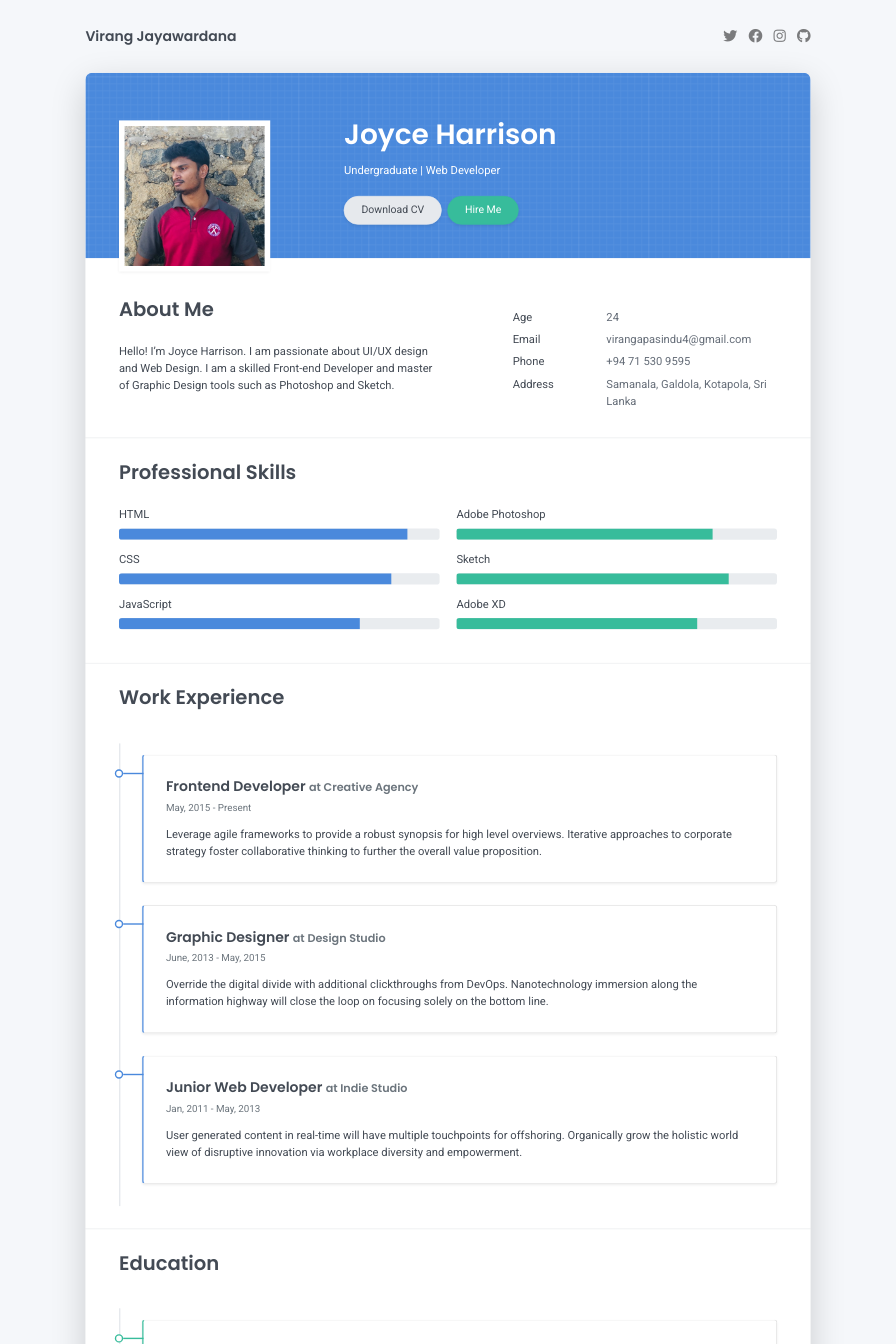
Repository: virangaj/resume
Page: index.html
These files come from the project's save history. The page is drawn as it stood at one moment and after the next save; the edit follows.
The browser window is 1280 px wide. The pictures show the part of the page from y = 0 to 1920 px (the page is 3324 px tall before and 3334 px after), at 70% of full size.

Above is the page before, as saved 2021-08-31 19:19:27.

### index.html
<!DOCTYPE html>
<html lang="en-US">
	<head>
		<meta charset="UTF-8" />
		<meta http-equiv="X-UA-Compatible" content="IE=edge" />
		<meta name="viewport" content="width=device-width, initial-scale=1" />
		<title>Virang Jayawardana</title>
		<link
			rel="preconnect"
			href="https://fonts.gstatic.com"
			crossorigin="crossorigin"
		/>
		<link
			rel="preload"
			as="style"
			href="https://fonts.googleapis.com/css2?family=Poppins:wght@600&amp;family=Roboto:wght@300;400;500;700&amp;display=swap"
		/>
		<link
			rel="stylesheet"
			href="https://fonts.googleapis.com/css2?family=Poppins:wght@600&amp;family=Roboto:wght@300;400;500;700&amp;display=swap"
			media="print"
			onload="this.media='all'"
		/>
		<noscript>
			<link
				rel="stylesheet"
				href="https://fonts.googleapis.com/css2?family=Poppins:wght@600&amp;family=Roboto:wght@300;400;500;700&amp;display=swap"
			/>
		</noscript>
		<link href="css/font-awesome/css/all.min.css?ver=1.2.0" rel="stylesheet" />
		<link href="css/bootstrap.min.css?ver=1.2.0" rel="stylesheet" />
		<link href="css/aos.css?ver=1.2.0" rel="stylesheet" />
		<link href="css/main.css?ver=1.2.0" rel="stylesheet" />
		<noscript>
			<style type="text/css">
				[data-aos] {
					opacity: 1 !important;
					transform: translate(0) scale(1) !important;
				}
			</style>
		</noscript>
	</head>
	<body id="top">
		<header class="d-print-none">
			<div class="container text-center text-lg-left">
				<div class="py-3 clearfix">
					<h1 class="site-title mb-0">Virang Jayawardana</h1>
					<div class="site-nav">
						<nav role="navigation">
							<ul class="nav justify-content-center">
								<li class="nav-item">
									<a
										class="nav-link"
										href="https://twitter.com/VirangaPasi"
										title="Twitter"
										><i class="fab fa-twitter"></i
										><span class="menu-title sr-only">Twitter</span></a
									>
								</li>
								<li class="nav-item">
									<a
										class="nav-link"
										href="https://www.facebook.com/virangapasindu.jayawardana/"
										title="Facebook"
										><i class="fab fa-facebook"></i
										><span class="menu-title sr-only">Facebook</span></a
									>
								</li>
								<li class="nav-item">
									<a
										class="nav-link"
										href="https://www.instagram.com/pasiya_k9/"
										title="Instagram"
										><i class="fab fa-instagram"></i
										><span class="menu-title sr-only">Instagram</span></a
									>
								</li>
								<li class="nav-item">
									<a
										class="nav-link"
										href="https://github.com/Viranga-pasi"
										title="Github"
										><i class="fab fa-github"></i
										><span class="menu-title sr-only">Github</span></a
									>
								</li>
							</ul>
						</nav>
					</div>
				</div>
			</div>
		</header>
		<div class="page-content">
			<div class="container">
				<div class="cover shadow-lg bg-white">
					<div class="cover-bg p-3 p-lg-4 text-white">
						<div class="row">
							<div class="col-lg-4 col-md-5">
								<div class="avatar hover-effect bg-white shadow-sm p-1">
									<img src="images/avatar.jpg" width="200" height="200" />
								</div>
							</div>
							<div class="col-lg-8 col-md-7 text-center text-md-start">
								<h2 class="h1 mt-2" data-aos="fade-left" data-aos-delay="0">
									Joyce Harrison
								</h2>
								<p data-aos="fade-left" data-aos-delay="100">
									Undergraduate | Web Developer
								</p>
								<div
									class="d-print-none"
									data-aos="fade-left"
									data-aos-delay="200"
								>
									<a
										class="btn btn-light text-dark shadow-sm mt-1 me-1"
										href="right-resume.pdf"
										target="_blank"
										>Download CV</a
									><a class="btn btn-success shadow-sm mt-1" href="#contact"
										>Hire Me</a
									>
								</div>
							</div>
						</div>
					</div>
					<div class="about-section pt-4 px-3 px-lg-4 mt-1">
						<div class="row">
							<div class="col-md-6">
								<h2 class="h3 mb-3">About Me</h2>
								<p>
									Hello! I’m Joyce Harrison. I am passionate about UI/UX design
									and Web Design. I am a skilled Front-end Developer and master
									of Graphic Design tools such as Photoshop and Sketch.
								</p>
							</div>
							<div class="col-md-5 offset-md-1">
								<div class="row mt-2">
									<div class="col-sm-4">
										<div class="pb-1">Age</div>
									</div>
									<div class="col-sm-8">
										<div class="pb-1 text-secondary">24</div>
									</div>
									<div class="col-sm-4">
										<div class="pb-1">Email</div>
									</div>
									<div class="col-sm-8">
										<div class="pb-1 text-secondary">
											virangapasindu4@gmail.com
										</div>
									</div>
									<div class="col-sm-4">
										<div class="pb-1">Phone</div>
									</div>
									<div class="col-sm-8">
										<div class="pb-1 text-secondary">+94 71 530 9595</div>
									</div>
									<div class="col-sm-4">
										<div class="pb-1">Address</div>
									</div>
									<div class="col-sm-8">
										<div class="pb-1 text-secondary">
											Samanala, Galdola, Kotapola, Sri Lanka
										</div>
									</div>
								</div>
							</div>
						</div>
					</div>
					<hr class="d-print-none" />
					<div class="skills-section px-3 px-lg-4">
						<h2 class="h3 mb-3">Professional Skills</h2>
						<div class="row">
							<div class="col-md-6">
								<div class="mb-2">
									<span>HTML</span>
									<div class="progress my-1">
										<div
											class="progress-bar bg-primary"
											role="progressbar"
											data-aos="zoom-in-right"
											data-aos-delay="100"
											data-aos-anchor=".skills-section"
											style="width: 90%"
											aria-valuenow="90"
											aria-valuemin="0"
											aria-valuemax="100"
										></div>
									</div>
								</div>
								<div class="mb-2">
									<span>CSS</span>
									<div class="progress my-1">
										<div
											class="progress-bar bg-primary"
											role="progressbar"
											data-aos="zoom-in-right"
											data-aos-delay="200"
											data-aos-anchor=".skills-section"
											style="width: 85%"
											aria-valuenow="85"
											aria-valuemin="0"
											aria-valuemax="100"
										></div>
									</div>
								</div>
								<div class="mb-2">
									<span>JavaScript</span>
									<div class="progress my-1">
										<div
											class="progress-bar bg-primary"
											role="progressbar"
											data-aos="zoom-in-right"
											data-aos-delay="300"
											data-aos-anchor=".skills-section"
											style="width: 75%"
											aria-valuenow="75"
											aria-valuemin="0"
											aria-valuemax="100"
										></div>
									</div>
								</div>
							</div>
							<div class="col-md-6">
								<div class="mb-2">
									<span>Adobe Photoshop</span>
									<div class="progress my-1">
										<div
											class="progress-bar bg-success"
											role="progressbar"
											data-aos="zoom-in-right"
											data-aos-delay="400"
											data-aos-anchor=".skills-section"
											style="width: 80%"
											aria-valuenow="90"
											aria-valuemin="0"
											aria-valuemax="100"
										></div>
									</div>
								</div>
								<div class="mb-2">
									<span>Sketch</span>
									<div class="progress my-1">
										<div
											class="progress-bar bg-success"
											role="progressbar"
											data-aos="zoom-in-right"
											data-aos-delay="500"
											data-aos-anchor=".skills-section"
											style="width: 85%"
											aria-valuenow="85"
											aria-valuemin="0"
											aria-valuemax="100"
										></div>
									</div>
								</div>
								<div class="mb-2">
									<span>Adobe XD</span>
									<div class="progress my-1">
										<div
											class="progress-bar bg-success"
											role="progressbar"
											data-aos="zoom-in-right"
											data-aos-delay="600"
											data-aos-anchor=".skills-section"
											style="width: 75%"
											aria-valuenow="75"
											aria-valuemin="0"
											aria-valuemax="100"
										></div>
									</div>
								</div>
							</div>
						</div>
					</div>
					<hr class="d-print-none" />
					<div class="work-experience-section px-3 px-lg-4">
						<h2 class="h3 mb-4">Work Experience</h2>
						<div class="timeline">
							<div class="timeline-card timeline-card-primary card shadow-sm">
								<div class="card-body">
									<div class="h5 mb-1">
										Frontend Developer
										<span class="text-muted h6">at Creative Agency</span>
									</div>
									<div class="text-muted text-small mb-2">
										May, 2015 - Present
									</div>
									<div>
										Leverage agile frameworks to provide a robust synopsis for
										high level overviews. Iterative approaches to corporate
										strategy foster collaborative thinking to further the
										overall value proposition.
									</div>
								</div>
							</div>
							<div class="timeline-card timeline-card-primary card shadow-sm">
								<div class="card-body">
									<div class="h5 mb-1">
										Graphic Designer
										<span class="text-muted h6">at Design Studio</span>
									</div>
									<div class="text-muted text-small mb-2">
										June, 2013 - May, 2015
									</div>
									<div>
										Override the digital divide with additional clickthroughs
										from DevOps. Nanotechnology immersion along the information
										highway will close the loop on focusing solely on the bottom
										line.
									</div>
								</div>
							</div>
							<div class="timeline-card timeline-card-primary card shadow-sm">
								<div class="card-body">
									<div class="h5 mb-1">
										Junior Web Developer
										<span class="text-muted h6">at Indie Studio</span>
									</div>
									<div class="text-muted text-small mb-2">
										Jan, 2011 - May, 2013
									</div>
									<div>
										User generated content in real-time will have multiple
										touchpoints for offshoring. Organically grow the holistic
										world view of disruptive innovation via workplace diversity
										and empowerment.
									</div>
								</div>
							</div>
						</div>
					</div>
					<hr class="d-print-none" />
					<div class="page-break"></div>
					<div class="education-section px-3 px-lg-4 pb-4">
						<h2 class="h3 mb-4">Education</h2>
						<div class="timeline">
							<div class="timeline-card timeline-card-success card shadow-sm">
								<div class="card-body">
									<div class="h5 mb-1">
										Masters in Information Technology
										<span class="text-muted h6"
											>from International University</span
										>
									</div>
									<div class="text-muted text-small mb-2">2011 - 2013</div>
									<div>
										Leverage agile frameworks to provide a robust synopsis for
										high level overviews. Iterative approaches to corporate
										strategy foster collaborative thinking to further the
										overall value proposition.
									</div>
								</div>
							</div>
							<div class="timeline-card timeline-card-success card shadow-sm">
								<div class="card-body">
									<div class="h5 mb-1">
										Bachelor of Computer Science
										<span class="text-muted h6">from Regional College</span>
									</div>
									<div class="text-muted text-small mb-2">2007 - 2011</div>
									<div>
										Override the digital divide with additional clickthroughs
										from DevOps. Nanotechnology immersion along the information
										highway will close the loop on focusing solely on the bottom
										line.
									</div>
								</div>
							</div>
							<div class="timeline-card timeline-card-success card shadow-sm">
								<div class="card-body">
									<div class="h5 mb-1">
										Science and Mathematics
										<span class="text-muted h6">from Mt. High Scool</span>
									</div>
									<div class="text-muted text-small mb-2">1995 - 2007</div>
									<div>
										User generated content in real-time will have multiple
										touchpoints for offshoring. Organically grow the holistic
										world view of disruptive innovation via workplace diversity
										and empowerment.
									</div>
								</div>
							</div>
						</div>
					</div>
					<hr class="d-print-none" />
					<div class="contant-section px-3 px-lg-4 pb-4" id="contact">
						<h2 class="h3 text mb-3">Contact</h2>
						<div class="row">
							<div class="col-md-7 d-print-none">
								<div class="my-2">
									<form
										action="https://formspree.io/your@email.com"
										method="POST"
									>
										<div class="row">
											<div class="col-6">
												<input
													class="form-control"
													type="text"
													id="name"
													name="name"
													placeholder="Your Name"
													required
												/>
											</div>
											<div class="col-6">
												<input
													class="form-control"
													type="email"
													id="email"
													name="_replyto"
													placeholder="Your E-mail"
													required
												/>
											</div>
										</div>
										<div class="form-group my-2">
											<textarea
												class="form-control"
												style="resize: none"
												id="message"
												name="message"
												rows="4"
												placeholder="Your Message"
												required
											></textarea>
										</div>
										<button class="btn btn-primary mt-2" type="submit">
											Send
										</button>
									</form>
								</div>
							</div>
							<div class="col">
								<div class="mt-2">
									<h3 class="h6">Address</h3>
									<div class="pb-2 text-secondary">
										140, City Center, New York, U.S.A
									</div>
									<h3 class="h6">Phone</h3>
									<div class="pb-2 text-secondary">+0718-111-0011</div>
									<h3 class="h6">Email</h3>
									<div class="pb-2 text-secondary">Joyce@company.com</div>
								</div>
							</div>
							<div class="col d-none d-print-block">
								<div class="mt-2">
									<div>
										<div class="mb-2">
											<div class="text-dark">
												<i class="fab fa-twitter mr-1"></i
												><span>https://twitter.com/templateflip</span>
											</div>
										</div>
										<div class="mb-2">
											<div class="text-dark">
												<i class="fab fa-facebook mr-1"></i
												><span>https://www.facebook.com/templateflip</span>
											</div>
										</div>
										<div class="mb-2">
											<div class="text-dark">
												<i class="fab fa-instagram mr-1"></i
												><span>https://www.instagram.com/templateflip</span>
											</div>
										</div>
										<div class="mb-2">
											<div class="text-dark">
												<i class="fab fa-github mr-1"></i
												><span>https://github.com/templateflip</span>
											</div>
										</div>
									</div>
								</div>
							</div>
						</div>
					</div>
				</div>
			</div>
		</div>
		<footer class="pt-4 pb-4 text-muted text-center d-print-none">
			<div class="container">
				<div class="my-3">
					<div class="h4">Joyce Harrison</div>
					<div class="footer-nav">
						<nav role="navigation">
							<ul class="nav justify-content-center">
								<li class="nav-item">
									<a
										class="nav-link"
										href="https://twitter.com/templateflip"
										title="Twitter"
										><i class="fab fa-twitter"></i
										><span class="menu-title sr-only">Twitter</span></a
									>
								</li>
								<li class="nav-item">
									<a
										class="nav-link"
										href="https://www.facebook.com/templateflip"
										title="Facebook"
										><i class="fab fa-facebook"></i
										><span class="menu-title sr-only">Facebook</span></a
									>
								</li>
								<li class="nav-item">
									<a
										class="nav-link"
										href="https://www.instagram.com/templateflip"
										title="Instagram"
										><i class="fab fa-instagram"></i
										><span class="menu-title sr-only">Instagram</span></a
									>
								</li>
								<li class="nav-item">
									<a
										class="nav-link"
										href="https://github.com/templateflip"
										title="Github"
										><i class="fab fa-github"></i
										><span class="menu-title sr-only">Github</span></a
									>
								</li>
							</ul>
						</nav>
					</div>
				</div>
				<div class="text-small">
					<div class="mb-1">&copy; Right Resume. All rights reserved.</div>
					<div>
						Design -
						<a href="https://templateflip.com/" target="_blank">TemplateFlip</a>
					</div>
				</div>
			</div>
		</footer>
		<script src="scripts/bootstrap.bundle.min.js?ver=1.2.0"></script>
		<script src="scripts/aos.js?ver=1.2.0"></script>
		<script src="scripts/main.js?ver=1.2.0"></script>
	</body>
</html>

Loaded but not shown: css/font-awesome/css/all.min.css (library); css/bootstrap.min.css (library); css/aos.css (library); scripts/bootstrap.bundle.min.js (library); scripts/aos.js (library); scripts/main.js (common file); css/main.css (176 lines, source omitted)

After the next save:
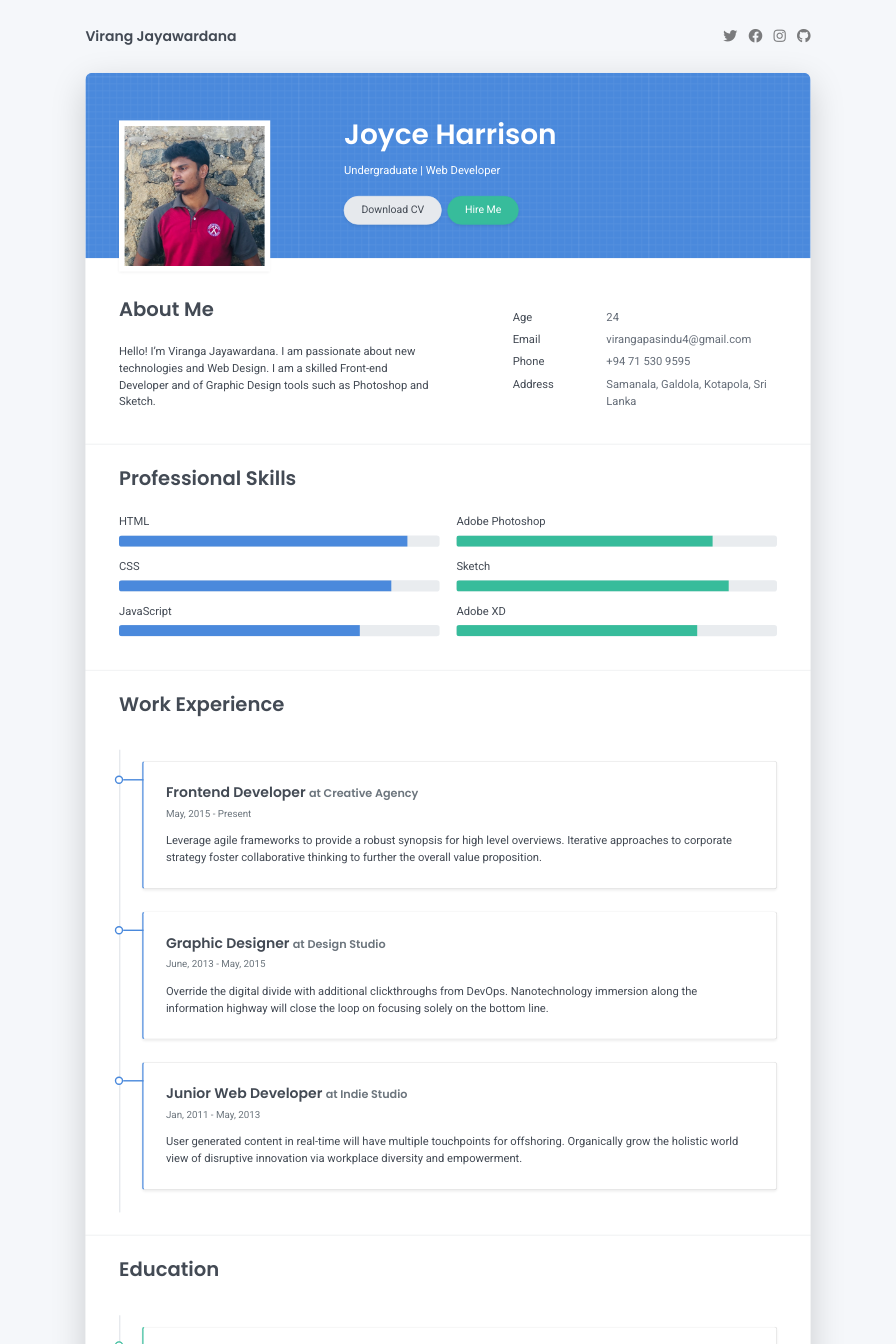
Saved 3 min 7 s later.
--- a/index.html
+++ b/index.html
@@ -129,9 +129,10 @@
 							<div class="col-md-6">
 								<h2 class="h3 mb-3">About Me</h2>
 								<p>
-									Hello! I’m Joyce Harrison. I am passionate about UI/UX design
-									and Web Design. I am a skilled Front-end Developer and master
-									of Graphic Design tools such as Photoshop and Sketch.
+									Hello! I’m Viranga Jayawardana. I am passionate about new
+									technologies and Web Design. I am a skilled Front-end
+									Developer and of Graphic Design tools such as Photoshop and
+									Sketch.
 								</p>
 							</div>
 							<div class="col-md-5 offset-md-1">

After the save that followed:
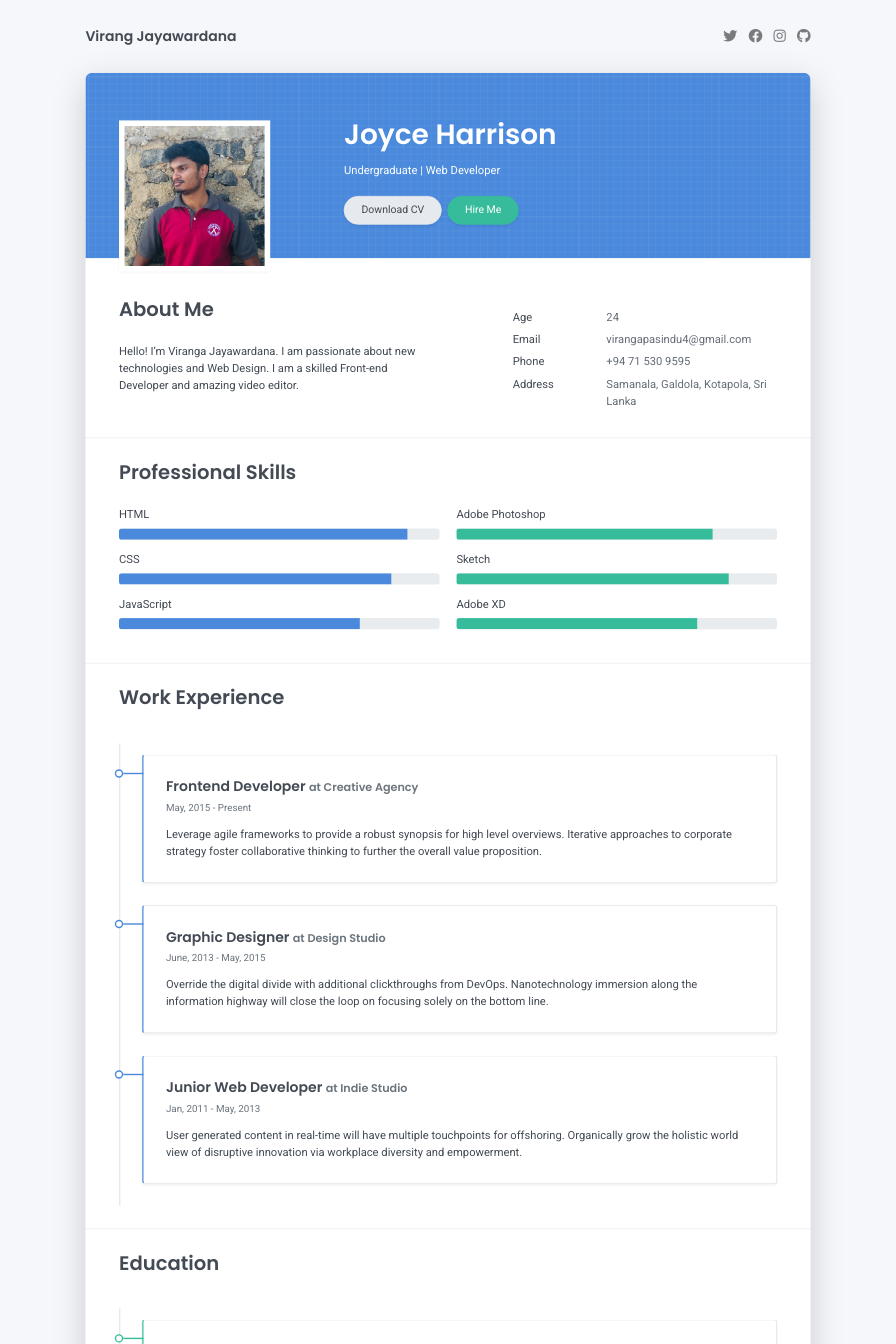
Saved 89 s later.
--- a/index.html
+++ b/index.html
@@ -131,8 +131,7 @@
 								<p>
 									Hello! I’m Viranga Jayawardana. I am passionate about new
 									technologies and Web Design. I am a skilled Front-end
-									Developer and of Graphic Design tools such as Photoshop and
-									Sketch.
+									Developer and amazing video editor.
 								</p>
 							</div>
 							<div class="col-md-5 offset-md-1">
